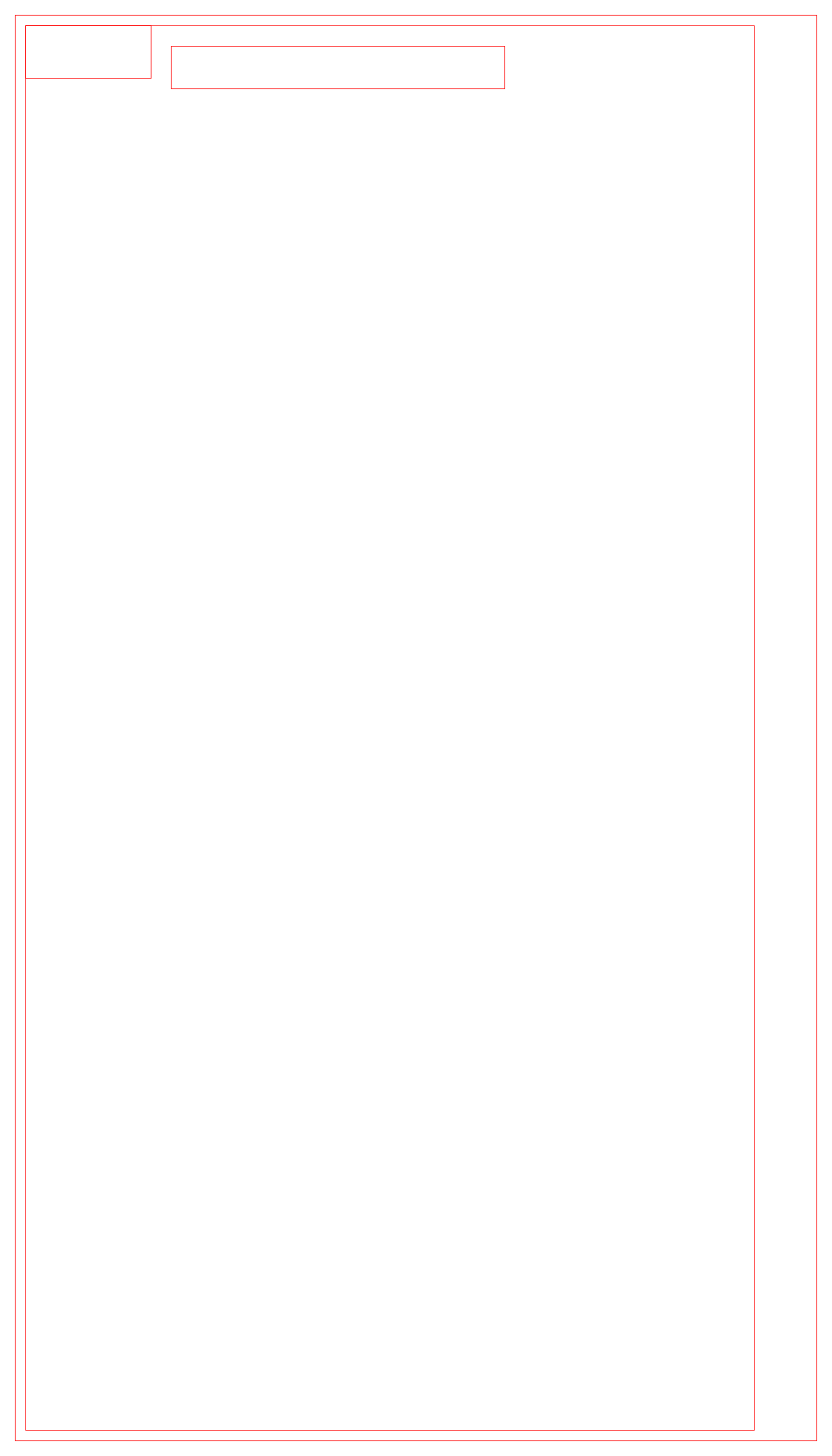
Repository: JacobSkilling-dot/Project1-Blog
Page: Week3-Blog.html
The author's editor kept a copy of each file at every save. The page is drawn from the files as they stood at one save, then again after the next save.
The browser window is 1280 px wide. The pictures show the whole page, at 65% of full size.

Above is the page before, as saved 2023-01-16 20:03:50.

After the next save:
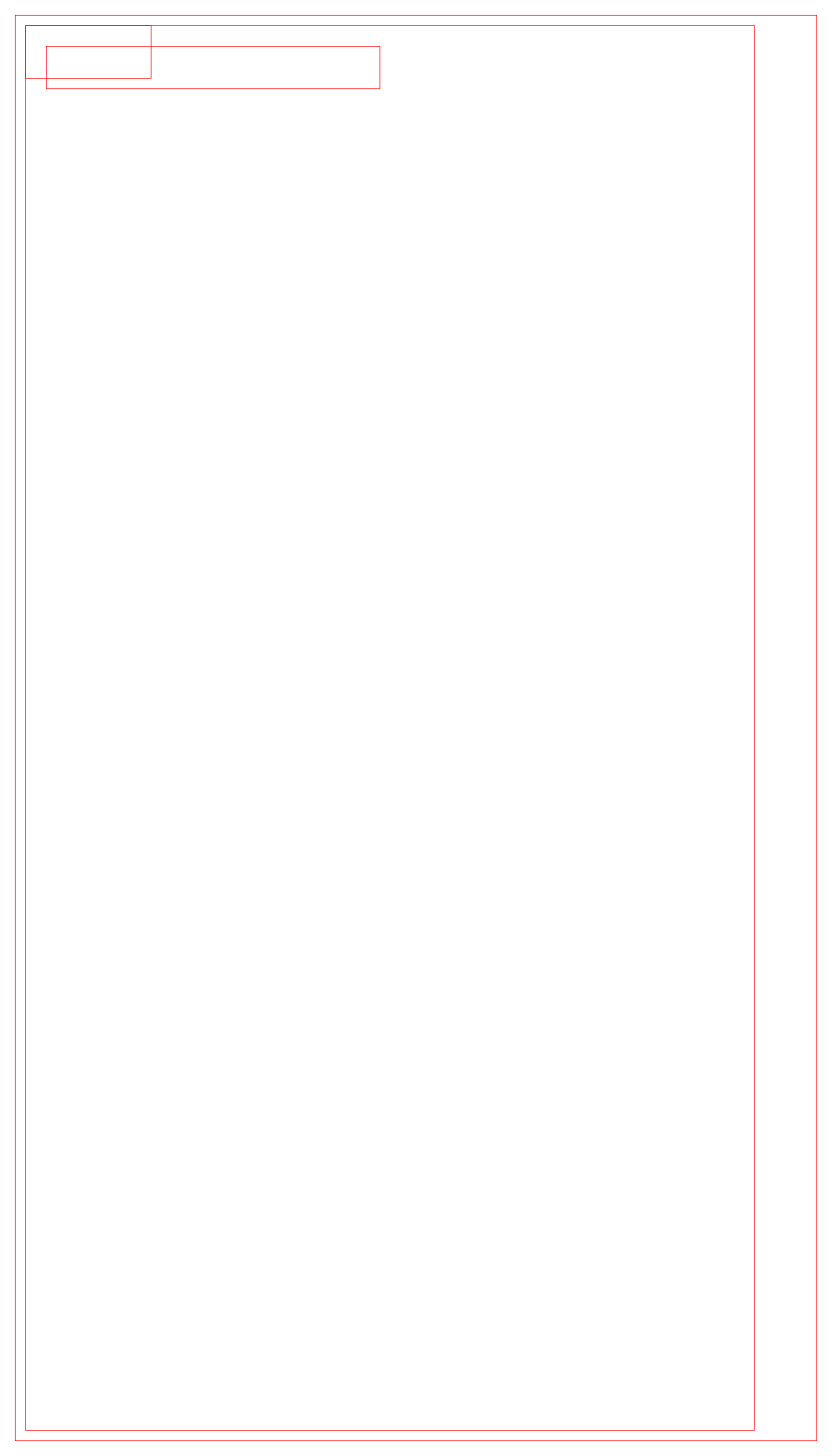
Saved 20 s later.
--- a/Week3-Blog.html
+++ b/Week3-Blog.html
@@ -25,6 +25,7 @@
                 width: 10rem;
                 height: 3rem;
                 margin: 0rem;
+                position: absolute;
             }
 
             .search-bar{
@@ -32,6 +33,7 @@
                 height: 2rem;
                 margin: 2rem;
                 width: 30rem;
+                position: absolute;
 
 
             }
